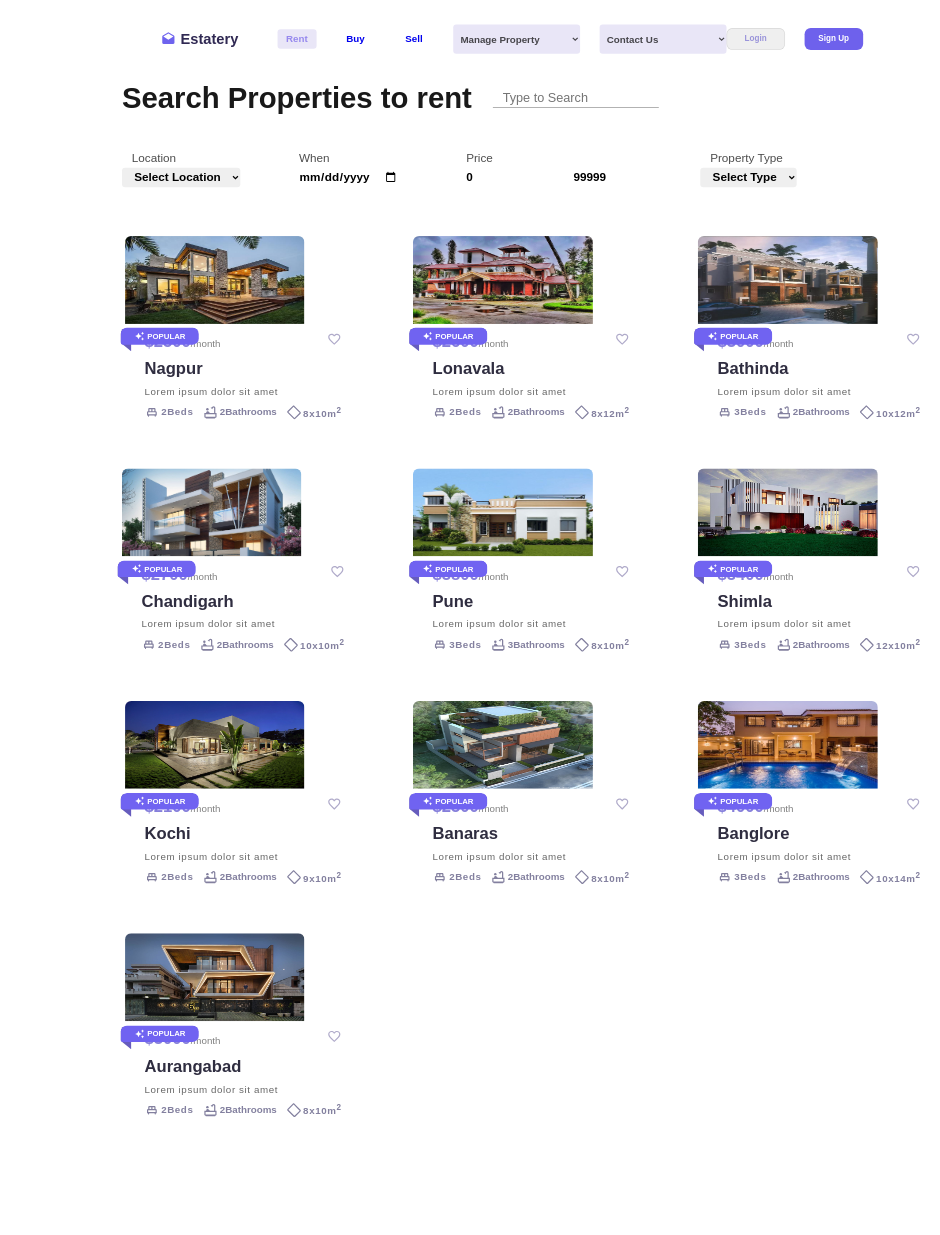
Repository: kapil4457/Reunion-Internship-Assignment
Page: /
These files come from the project's save history. The page is drawn as it stood at one moment and after the next save; the edit follows.
The browser window is 1280 px wide. The page is 1541 px wide, so the pictures cover 1541 px, including what lies to the right of the window. The pictures show the whole page, at 61% of full size.
The project was rebuilt for these pictures with package versions that can differ from the ones it lists, and the page was loaded fresh each time. Also part of the build but not shown: src/App.css.

Above is the page before, as saved 2022-10-07 20:44:07.

### public/index.html
<!DOCTYPE html>
<html lang="en">
  <head>
    <meta charset="utf-8" />
    <link rel="icon" href="%PUBLIC_URL%/favicon.ico" />
    <meta name="viewport" content="width=device-width, initial-scale=1" />
    <meta name="theme-color" content="#000000" />
    <meta
      name="description"
      content="Web site created using create-react-app"
    />
    <link href="https://fonts.googleapis.com/css2?family=Roboto:ital,wght@1,300&display=swap" rel="stylesheet">
    <link rel="apple-touch-icon" href="%PUBLIC_URL%/logo192.png" />
    <link rel="preconnect" href="https://fonts.googleapis.com">
    <link rel="preconnect" href="https://fonts.googleapis.com">
    <!--
      manifest.json provides metadata used when your web app is installed on a
      user's mobile device or desktop. See https://developers.google.com/web/fundamentals/web-app-manifest/
    -->
    <link rel="manifest" href="%PUBLIC_URL%/manifest.json" />
    <!--
      Notice the use of %PUBLIC_URL% in the tags above.
      It will be replaced with the URL of the `public` folder during the build.
      Only files inside the `public` folder can be referenced from the HTML.

      Unlike "/favicon.ico" or "favicon.ico", "%PUBLIC_URL%/favicon.ico" will
      work correctly both with client-side routing and a non-root public URL.
      Learn how to configure a non-root public URL by running `npm run build`.
    -->
    <title>React App</title>
  </head>
  <body>
    <noscript>You need to enable JavaScript to run this app.</noscript>
    <div id="root"></div>
    <!--
      This HTML file is a template.
      If you open it directly in the browser, you will see an empty page.

      You can add webfonts, meta tags, or analytics to this file.
      The build step will place the bundled scripts into the <body> tag.

      To begin the development, run `npm start` or `yarn start`.
      To create a production bundle, use `npm run build` or `yarn build`.
    -->
  </body>
</html>

### src/index.css
*{
  font-family: 'Poppins', sans-serif;
  font-weight:600;
}

/* Chrome, Safari, Edge, Opera */
input::-webkit-outer-spin-button,
input::-webkit-inner-spin-button {
  -webkit-appearance: none;
  margin: 0;
}

/* Firefox */
input[type=number] {
  -moz-appearance: textfield;
}

### src/App.js
import { Route, Routes } from 'react-router-dom';
import './App.css';
import Header from './components/Header/Header';
import Home from  './components/Home/Home'
import Rent from './components/Rent/Rent';

function App() {
  return (
    <>
    <Header />
    <Routes>
      <Route path='/' element={<Home/>}/>
      <Route path='/rent' element={<Rent/>}/>
    </Routes>
    </>
  );
}

export default App;

### src/components/Header/Header.jsx
import React from "react";
import DraftsIcon from "@mui/icons-material/Drafts";
import { NavLink } from "react-router-dom";
import "./Header.css";
const Header = () => {
  return (
    <>
      <div className="header">
        <div className="left">
          <div className="logo">
            <DraftsIcon />
            <span>Estatery</span>
          </div>
          <div className="categories">
            <NavLink
              to="/rent"
              className={({ isActive }) => (isActive ? "activeClass" : "")}
            >
              Rent
            </NavLink>
            <NavLink
              to="/buy"
              className={({ isActive }) => (isActive ? "activeClass" : "")}
            >
              Buy
            </NavLink>
            <NavLink
              to="/sell"
              className={({ isActive }) => (isActive ? "activeClass" : "")}
            >
              Sell
            </NavLink>
            <select name="" id="manage">
              <option value="Manage Property" hidden>
                Manage Property
              </option>
              <option value="Owned">Owned</option>
              <option value="BookMarked">BookMarked</option>
            </select>
            <select name="" id="resources">
              <option value="contact">Contact Us</option>
              <option value="FAQ">FAQ</option>
            </select>
          </div>
        </div>
        <div className="right">
          <button className="login">Login</button>
          <button className="sign-up">Sign Up</button>
        </div>
      </div>
    </>
  );
};

export default Header;

### src/components/Home/Home.jsx
import React, { useEffect } from "react";
import { useNavigate } from "react-router-dom";

const Home = () => {
  const navigate = useNavigate();
  useEffect(() => {
    navigate("/rent");
  });
  return <></>;
};

export default Home;

### src/components/Rent/Rent.jsx
import React, { useState } from "react";
import { home } from "../../home";
import RentCard from "../RentCard/RentCard";
import "./Rent.css";
const Rent = () => {
  const [location, setlocation] = useState("");
  const [rangeMin, setMinRange] = useState(0);
  const [rangeMax, setMaxRange] = useState(99999);
  const [type, setType] = useState("");
  const [date, setDate] = useState(new Date());
  const [typed, setTyped] = useState("");

  //date -> YY/MM/DD format
  const filtering = (val) => {
    var dateNow = new Date(val.moveIn);
    var date2 = new Date(date);

    if (
      (location === "" || location == val.state || location == "All") &&
      (parseInt(rangeMax) > val.price || rangeMax == "") &&
      (parseInt(rangeMin) < val.price || rangeMin == "") &&
      date2 <= dateNow &&
      (typed === "" ||
        val.state.includes(typed) ||
        val.address.includes(typed)) &&
      (type == "" || type == val.type || type == "All")
    ) {
      console.log(date2, dateNow);
      return true;
    }
  };
  return (
    <>
      <div className="rent-main">
        <div className="first">
          <div className="heading">Search Properties to rent</div>
          <input
            className="search-bar"
            placeholder="Type to Search"
            value={typed}
            onChange={(e) => {
              setTyped(e.target.value);
            }}
          />
        </div>
        <div className="second">
          <div>
            <span>Location</span>
            <select
              name=""
              id=""
              onChange={(e) => {
                setlocation(e.target.value);
              }}
            >
              <option value="" hidden>
                Select Location
              </option>
              <option value="All">All</option>
              <option value="Bathinda">Bathinda</option>
              <option value="Nagpur">Nagpur</option>
              <option value="Lonavala">Lonavala</option>
              <option value="Chandigarh">Chandigarh</option>
              <option value="Pune">Pune</option>
              <option value="Shimla">Shimla</option>
              <option value="Kochi">Kochi</option>
              <option value="Banaras">Banaras</option>
              <option value="Banglore">Banglore</option>
              <option value="Aurangabad">Aurangabad</option>
            </select>
          </div>
          <div>
            <span>When</span>
            <input
              type="date"
              onChange={(e) => {
                setDate(e.target.value);
              }}
            />
          </div>
          <div>
            <span>Price</span>
            <div>
              <input
                type="number"
                placeholder="Minimum"
                value={rangeMin}
                onChange={(e) => {
                  setMinRange(e.target.value);
                }}
              />
              <input
                type="number"
                placeholder="Maximum"
                value={rangeMax}
                onChange={(e) => {
                  setMaxRange(e.target.value);
                }}
              />
            </div>
          </div>
          <div>
            <span>Property Type</span>
            <select
              name=""
              id=""
              onChange={(e) => {
                setType(e.target.value);
              }}
            >
              <option value="" hidden>
                Select Type
              </option>
              <option value="All">All</option>
              <option value="Villa">Villa</option>
              <option value="Flats">Flats</option>
              <option value="RowHouse">RowHouse</option>
            </select>
          </div>
        </div>
        <div className="rent-cards">
          {home.filter(filtering).map((item, idx) => (
            <RentCard data={item} key={idx} />
          ))}
        </div>
      </div>
    </>
  );
};

export default Rent;

### src/components/Header/Header.css

.header{
display:flex;
justify-content:space-between;
align-items:center;
padding:2rem 4rem;
}

.left{
    display:flex;
    align-items:center;
    gap:4rem;
}
.left > .logo{
    display:flex;
    align-items:center;
    gap:0.5rem;
    font-size:1.5rem;
    font-weight:650;
    color:rgb(48,41,83);
}

.left > .logo > svg{
    color:rgb(110,99,238);
}

.categories{
    display:flex;
    align-items:center;
    gap:2rem;
}

.categories > a{
    text-decoration:none;
    font-weight:550;
    height:2rem;
    display:flex;
    align-items:center;
    width:4rem;
    justify-content: center;
}

.activeClass{
    color:rgb(150, 136, 238);
    background-color: rgb(233,230,247);
    border-radius: 5px;
}

.categories > select{
    width:13rem;
    height:3rem;
    border:none;
    outline:none;
    color:rgba(0,0,0,0.7);
    font-weight:550;
    background-color:rgb(233,230,247);
    border-radius:5px;
    padding:0 0.5rem;
    font-size:1rem;
}

.categories > select > option{
    font-size:1rem;
    font-weight:550;

}
.right{
    display:flex;
    align-items:center;
    gap:2rem;

}

.right > button {
    width:6rem;
    height:2.3rem;
    border-radius:10px;
    outline:none;

}

.login{
border:1px solid rgba(0,0,0,0.1);
color:rgb(154, 148, 218);
font-weight:650;
cursor:pointer;
}

.sign-up
{
    background-color:rgb(110,97,236);
    color:white;
    cursor:pointer;
    border:none;
}

### src/home.js
export const home = [

        {
            state:"Nagpur",
            price:2500,
            address:" Lorem ipsum dolor sit amet ",
            bedCount:2,
            bathCount:2,
            area:"8x10",
            image:"h1.jpg",
            moveIn:new Date(2022,10,20),
            type:"Villa"

        },
        {
            state:"Lonavala",
            price:2600,
            address:" Lorem ipsum dolor sit amet ",
            bedCount:2,
            bathCount:2,
            area:"8x12",
            image:"h2.jpg",
            moveIn:new Date(2022,11,20),
            type:"Flats"



        },     {
            state:"Bathinda",
            price:3000,
            address:" Lorem ipsum dolor sit amet ",
            bedCount:3,
            bathCount:2,
            area:"10x12",
            image:"h3.jpg",
            moveIn:new Date(2022,11,12),
            type:"RowHouse"



        },     {
            state:"Chandigarh",
            price:2700,
            address:" Lorem ipsum dolor sit amet ",
            bedCount:2,
            bathCount:2,
            area:"10x10",
            image:"h4.jpg",
            moveIn:new Date(2023,1,20),
            type:"Villa"



        },     {
            state:"Pune",
            price:3800,
            address:" Lorem ipsum dolor sit amet ",
            bedCount:3,
            bathCount:3,
            area:"8x10",
            image:"h5.jpg",
            moveIn:new Date(2023,1,10),
            type:"Flats"


        },     {
            state:"Shimla",
            price:3400,
            address:" Lorem ipsum dolor sit amet ",
            bedCount:3,
            bathCount:2,
            area:"12x10",
            image:"h6.jpg",
            moveIn:new Date(2023,2,15),
            type:"RowHouse"



        },     {
            state:"Kochi",
            price:2100,
            address:" Lorem ipsum dolor sit amet ",
            bedCount:2,
            bathCount:2,
            area:"9x10",
            image:"h7.jpg",
            moveIn:new Date(2023 , 2 ,15),
            type:"Villa"


        },     {
            state:"Banaras",
            price:2500,
            address:" Lorem ipsum dolor sit amet ",
            bedCount:2,
            bathCount:2,
            area:"8x10",
            image:"h8.jpg",
            moveIn:new Date(2023 , 3 ,19),
            type:"Flats"



        },     {
            state:"Banglore",
            price:4000,
            address:" Lorem ipsum dolor sit amet ",
            bedCount:3,
            bathCount:2,
            area:"10x14",
            image:"h9.jpg",
            moveIn:new Date(2023 , 5 , 19),
            type:"RowHouse"



        },     {
            state:"Aurangabad",
            price:3000,
            address:" Lorem ipsum dolor sit amet ",
            bedCount:2,
            bathCount:2,
            area:"8x10",
            image:"h10.jpg",
            moveIn:new Date(2023 , 6 , 6),
            type:"Villa"



        },

]

### src/components/RentCard/RentCard.jsx
import React, { useState } from "react";
import "./RentCard.css";
import FavoriteBorderIcon from "@mui/icons-material/FavoriteBorder";
import SingleBedIcon from "@mui/icons-material/SingleBed";
import BathtubOutlinedIcon from "@mui/icons-material/BathtubOutlined";
import Crop54Icon from "@mui/icons-material/Crop54";
import AutoAwesomeIcon from "@mui/icons-material/AutoAwesome";
const RentCard = ({ data }) => {
  const [color, setColor] = useState("rgb(176,171,202)");
  const changeColor = () => {
    if (color == "rgb(176,171,202)") {
      setColor("red");
    } else {
      setColor("rgb(176,171,202)");
    }
  };
  return (
    <div className="rent-card-main">
      <div className="purple-tag">
        <div className="straight">
          <AutoAwesomeIcon />
          <span>POPULAR</span>
        </div>
        <div className="slant"></div>
      </div>
      <div className="main-image">
        <img src={`${data.image}`} alt="" />
      </div>
      <div className="rent-card-info">
        <div className="rent-card-price">
          <div>
            <span>${data.price}</span>/month
          </div>
          <FavoriteBorderIcon
            style={{ color: `${color}` }}
            onClick={changeColor}
          />
        </div>
        <div className="rent-card-name">{data.state}</div>
        <div className="rent-card-address">{data.address}</div>
        <div className="icons">
          <div className="beds">
            <SingleBedIcon />
            <span>{data.bedCount}Beds</span>
          </div>
          <div className="bath">
            <BathtubOutlinedIcon />
            <span>{data.bathCount}Bathrooms</span>
          </div>
          <div className="area">
            <Crop54Icon />
            <span>
              {data.area}m<sup>2</sup>
            </span>
          </div>
        </div>
      </div>
    </div>
  );
};

export default RentCard;

### src/components/Rent/Rent.css
body{

    padding:0 12rem;
}
.rent-main{
    margin-bottom: 12rem;
}

.first{
    display:flex;
    height:5rem;
    justify-content: space-between;
    align-items:center;
    margin-bottom:3rem;
}

.first > .heading{
    font-size:3rem;
    font-weight:650;
    color:rgba(0,0,0,0.9);
}

.first > .search-bar{
    width:15rem;
    padding:0 1rem;
    border:none;
    border-bottom:1px solid gray;
    outline:none;
    height:2rem;
    font-size:1.3rem;
    font-weight:250;
}
.second > div >select {
    font-size:1.2rem;
    height:2rem;
    padding:0 1rem;
    border-radius:5px;
    border:none;
    outline:none;
    font-weight: 550;
}
.second > div >select >option{
    font-weight: 450;
}
.second > div >input  , .second > div >div>input {
    font-size:1.2rem;
    height:2rem;
    border-radius:5px;
    border:none;
    outline:none;
    padding:0 1rem;
    font-weight: 550;
}

.second > div >div{
display:flex;
gap:1rem;

}
.second > div >div>input{
width:8rem;

}
.second{
    display: flex;
    gap:5rem;
}
.second>div{
    display:flex;
    flex-direction: column;
    width:20rem;
    gap:0.3rem;
}

.second >div>span{
    color:rgba(0,0,0,0.7);
    font-size:1.2rem;
    font-weight:450;
    padding-left:1rem;
}


.rent-cards{
    display:grid;
    grid-template-columns: 1fr 1fr 1fr;
    margin-top:5rem;
    place-items:center;
    gap:5rem;
    border-radius:10px;

}

### src/components/RentCard/RentCard.css

.rent-card-main{
    position:relative;
    border-radius: 10px;
}

.main-image{
    width:23vw;
    border-radius:10px 10px 0 0;
    height:20vh;
}

.rent-card-info{
    padding:0.8rem 2rem 0 2rem;
    display: flex;
    flex-direction: column;
    gap:0.8rem;

}

.main-image > img{
    border-radius:10px 10px 0 0;
width:100%;
height:100%;
}

.rent-card-price{
    display:flex;
    justify-content:space-between;

}
.rent-card-price >div{
    color:gray;
    font-weight: 500;
}
.rent-card-price > svg{
    color:rgb(176,171,202);
    cursor:pointer;
}

.rent-card-price >div > span{
    font-size:1.7rem;
    font-weight:600;
    color:rgb(134, 127, 219);
}

.rent-card-name{
    /* padding:0.7rem 0 0 0 ; */
    font-weight:670;
    color:rgb(47,45,64);
    font-size:1.7rem;
}
.rent-card-address{
    color:rgba(0,0,0,0.6);
    font-weight: 350;
    letter-spacing: 1px;
}

.icons{
    display:flex;
    gap:1rem;
}

.icons > .beds , .icons > .bath , .icons >.area{
    display: flex;
    align-items: center;
    gap:0.2rem;
    font-weight:450;
    color:rgb(131,128,159);
}

.icons > .beds>span , .icons>span > .bath>span, .icons >.area>span{
    letter-spacing: 1px;
}

.icons > .area  > svg{
    transform:rotate(45deg)

}

.purple-tag{
    position: absolute;
    width:8rem;
    height:3.4rem;
    top:50%;
    /* left:-4.4%; */
    left:-1.7%;
    border-radius: 10px;
overflow: hidden;
}

.purple-tag > .straight{
    position: absolute;
    width:100%;
    height: 50%;
    border-radius:10px 10px 10px 3px;
    background-color: rgb(112,99,241);
    z-index: 1;
    display: flex;
    align-items: center;
    justify-content: center;
    gap:0.3rem;
}

.purple-tag > .straight  >svg{
    color:white;
    font-size:1rem;
}
.purple-tag > .straight > span{
    color:white;
    font-size:0.8rem;
    font-weight: 550;
}

.purple-tag > .slant{
    position:absolute;
    top:2%;
    height:50%;
    left:-8%;
    background-color:rgb(102,92,189);
    width:21%;
    transform: skewY(39deg);

}

Loaded but not shown: src/index.js (common file); src/reportWebVitals.js (common file)

After the next save:
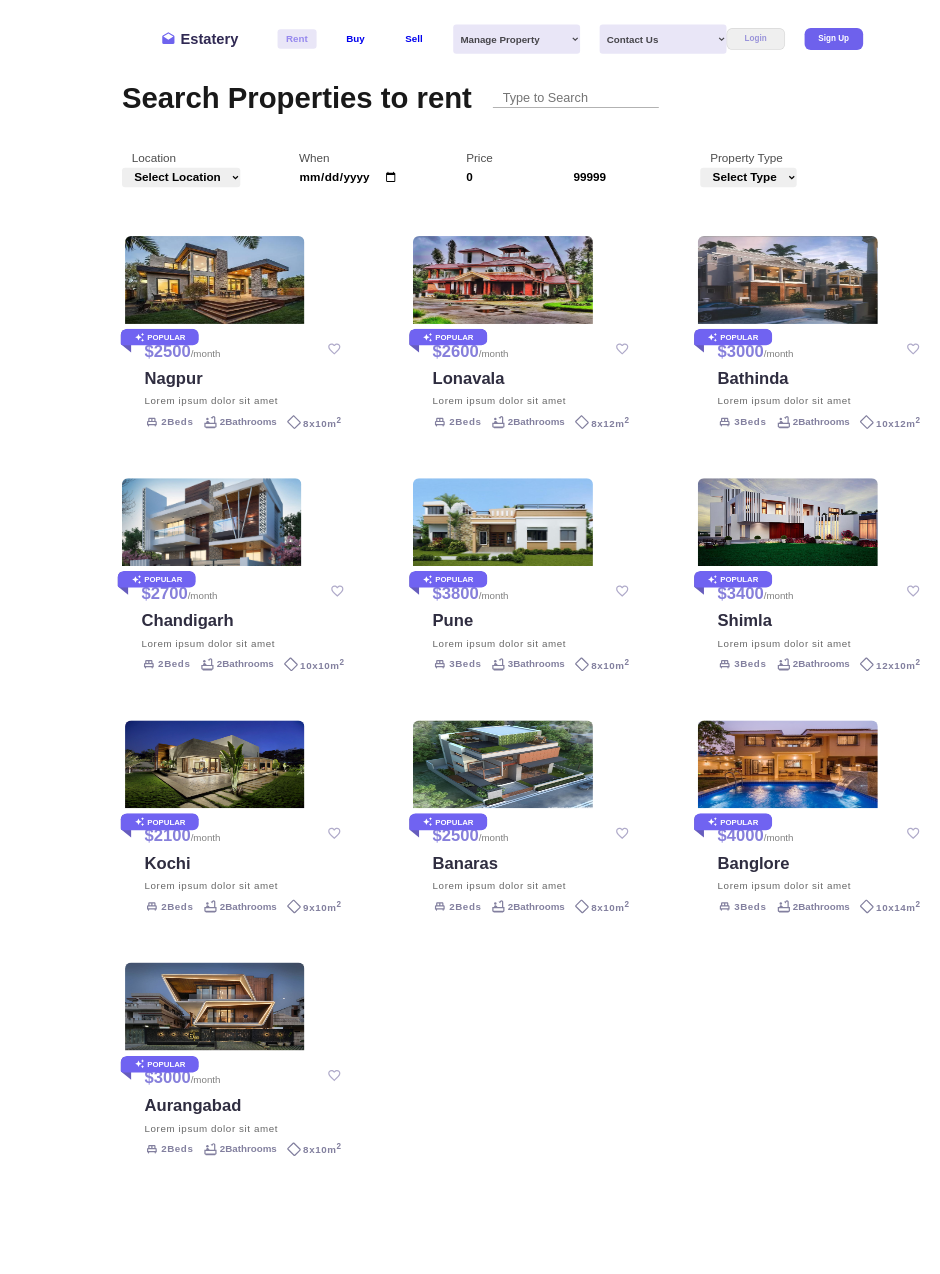
Saved 3 min 4 s later.
--- a/src/components/RentCard/RentCard.css
+++ b/src/components/RentCard/RentCard.css
@@ -11,7 +11,7 @@
 }
 
 .rent-card-info{
-    padding:0.8rem 2rem 0 2rem;
+    padding:1.8rem 2rem 0 2rem;
     display: flex;
     flex-direction: column;
     gap:0.8rem;
@@ -82,8 +82,7 @@ height:100%;
     position: absolute;
     width:8rem;
     height:3.4rem;
-    top:50%;
-    /* left:-4.4%; */
+    top:48%;
     left:-1.7%;
     border-radius: 10px;
 overflow: hidden;
